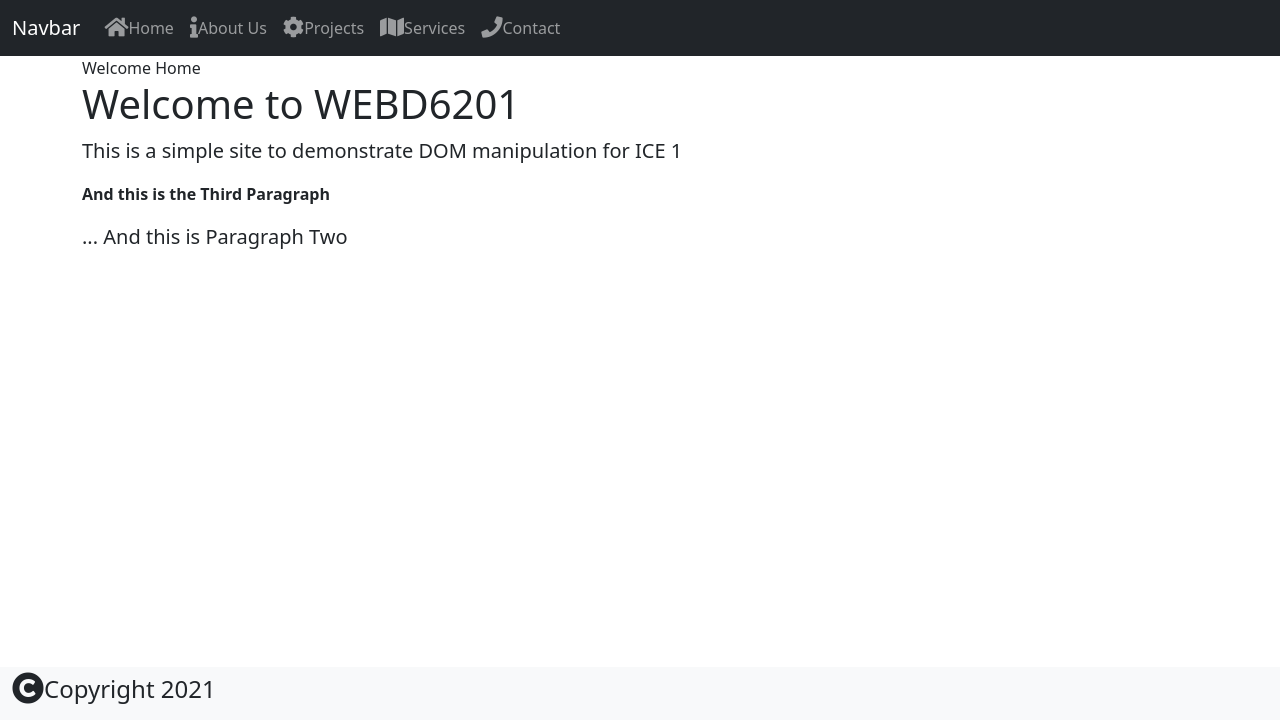
Repository: deividwsantoss/webd6201-W2021-ICE1
Page: Index.html
The author's editor kept a copy of each file at every save. The page is drawn from the files as they stood at one save, then again after the next save.
The browser window is 1280 px wide. The pictures show the whole page.

Above is the page before, as saved 2021-02-02 11:34:00.

### Index.html
<!DOCTYPE html>
<html lang="en">
<head>
    <meta charset="UTF-8">
    <meta name="viewport" content="width=device-width, initial-scale=1.0">
    <title>WEBD6201 - W2021 - ICE 1</title>
</head>
<!-- CSS SECTION -->
<link rel="stylesheet" href="./node_modules/bootstrap/dist/css/bootstrap.min.css">
<link rel="stylesheet" href="./node_modules/@fortawesome/fontawesome-free/css/all.min.css">
<link rel="stylesheet" href="./Content/app.css">

<body>
    <header>
        <nav class="navbar navbar-expand-lg navbar-dark bg-dark">
            <div class="container-fluid">
              <a class="navbar-brand" href="#">Navbar</a>
              <button class="navbar-toggler" type="button" data-bs-toggle="collapse" data-bs-target="#navbarSupportedContent" aria-controls="navbarSupportedContent" aria-expanded="false" aria-label="Toggle navigation">
                <span class="navbar-toggler-icon"></span>
              </button>
              <div class="collapse navbar-collapse" id="navbarSupportedContent">
                <ul class="navbar-nav me-auto mb-2 mb-lg-0">
                  <li class="nav-item">
                    <a class="nav-link" aria-current="page" href="#"><i class="fas fa-home fa-lg"></i>Home</a>
                  </li>
                  <li class="nav-item">
                    <a class="nav-link" aria-current="page" href="#"><i class="fas fa-info fa-lg"></i>About Us</a>
                  </li>
                  <li class="nav-item">
                    <a class="nav-link" aria-current="page" href="#"><i class="fas fa-cog fa-lg"></i>Projects</a>
                  </li>
                  <li class="nav-item">
                    <a class="nav-link" aria-current="page" href="#"><i class="fas fa-map fa-lg"></i>Services</a>
                  </li>
                  <li class="nav-item">
                    <a class="nav-link" aria-current="page" href="#"><i class="fas fa-phone fa-lg"></i>Contact</a>
                  </li>

                </ul>

              </div>
            </div>
          </nav>
    </header>
    <main class="container">

        <h1>Welcome to WEBD6201 </h1>
        <p id="paragraphOne"> </p>
    </main>

    <footer>
        <nav class="navbar fixed-bottom navbar-light bg-light">
            <div class="container-fluid">
                <h4><i class="fas fa-copyright fa-lg"></i>Copyright 2021 </h4>
            </div>
          </nav>

    </footer>
    <!-- Script Section-->
    <script src="./node_modules/jquery/dist/jquery.min.js"></script>
    <script src="./node_modules/bootstrap/dist/js/bootstrap.bundle.min.js"></script>
    <script src="./Scripts/app.js"></script>
</body>
</html>

### Scripts/app.js
/* Custom JavaScript goes here */


// IIFE -
//AKA - Anonymous self-excuting function

"use strict";

(function()
{


    function Start()
    {
        console.log("App Started...")

        let paragraphOneText = "This is a simple site to demonstrate DOM manipulation for ICE 1";
        let paragraphOneElement = document.getElementById("paragraphOne");

        //let paragraphOneParagraph = document.getElementsByTagName("p")[0];
        //let paragraphOneQuery = document.querySelector("p");
        //let paragraphOneQuerys = document.querySelectorAll("p")[0];

        paragraphOneElement.textContent = paragraphOneText;
        paragraphOneElement.className = "fs-5";

        //SECOND METHOD
        //Step 1. document.createElement
        let newParagraph = document.createElement("p");
        //configure the element
        newParagraph.setAttribute("id", "paragraphTwo");
        newParagraph.textContent = "... And this is Paragraph Two";
        //step 3. Select the parent element
        let mainContent = document.getElementsByTagName("main")[0];
        //step 4. Add / Insert the element
        mainContent.appendChild(newParagraph);

        newParagraph.className = "fs-5";

        //  Another way to insert
        let paragraphDiv = document.createElement('div');
          let paragraphThree = `<p class="fs-7 fw-bold">And this is the Third Paragraph</p>`
        paragraphDiv.innerHTML = paragraphThree;

        newParagraph.before(paragraphDiv);

        // Deletions

        //removing simple element
        // paragraphOneElement.remove();

        //example of remove child
        // mainContent.removeChild(paragraphOneElement);

        // UPDATE - MODIFICATION

        mainContent.firstChild.textContent = "Welcome Home";


    }
    window.addEventListener("load", Start);


})();

Loaded but not shown: node_modules/bootstrap/dist/css/bootstrap.min.css (library); node_modules/@fortawesome/fontawesome-free/css/all.min.css (library); node_modules/jquery/dist/jquery.min.js (library); node_modules/bootstrap/dist/js/bootstrap.bundle.min.js (library); Content/app.css (no stored copy; drawn as an empty file)

After the next save:
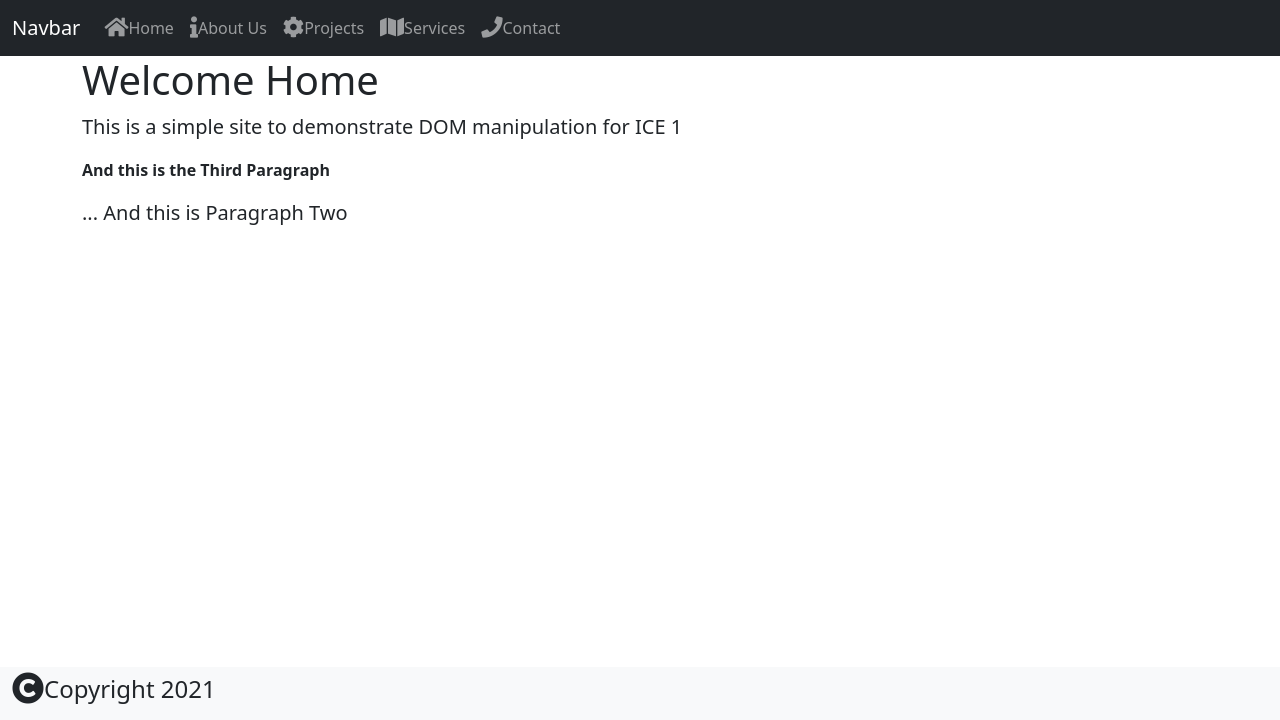
Saved 57 s later.
--- a/Scripts/app.js
+++ b/Scripts/app.js
@@ -54,7 +54,7 @@
 
         // UPDATE - MODIFICATION
 
-        mainContent.firstChild.textContent = "Welcome Home";
+        mainContent.firstElementChild.textContent = "Welcome Home";
 
 
     }
